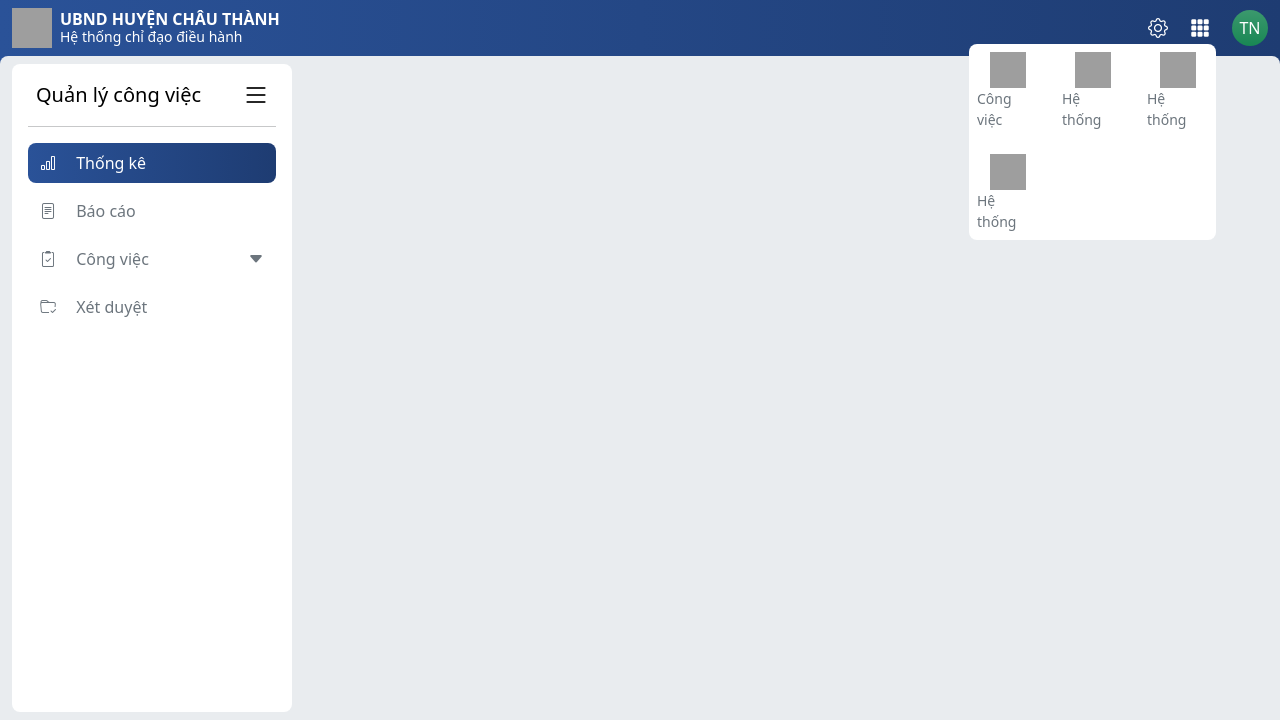
Repository: mys-pro/DATT-HeThongChiDaoDieuHanh
Page: index.html
The author's editor kept a copy of each file at every save. The page is drawn from the files as they stood at one save, then again after the next save.
The browser window is 1280 px wide. The pictures show the whole page.
Pictures or frames that could not be fetched are drawn as grey boxes.

Above is the page before, as saved 2024-04-21 15:14:03.

After the next save:
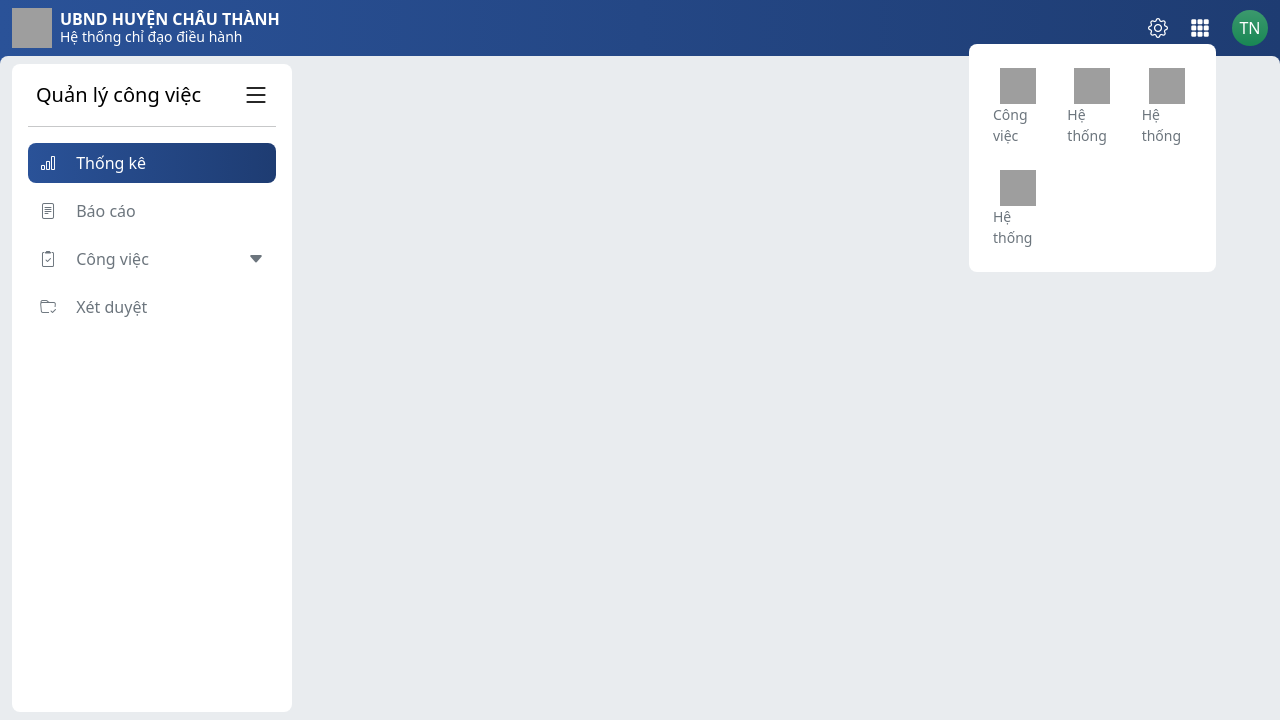
Saved 9 s later.
--- a/index.html
+++ b/index.html
@@ -38,7 +38,7 @@
                                 id="dropdown-apps">
                                 <i class="bi bi-grid-3x3-gap-fill fs-5"></i>
                             </button>
-                            <div class="list-apps bg-white rounded-3 position-absolute p-2">
+                            <div class="list-apps bg-white rounded-3 position-absolute p-4">
                                 <div class="row row-cols-3 g-4">
                                     <div class="col">
                                         <a href="#" class="text-decoration-none text-secondary d-flex flex-column align-items-center">

After the save that followed:
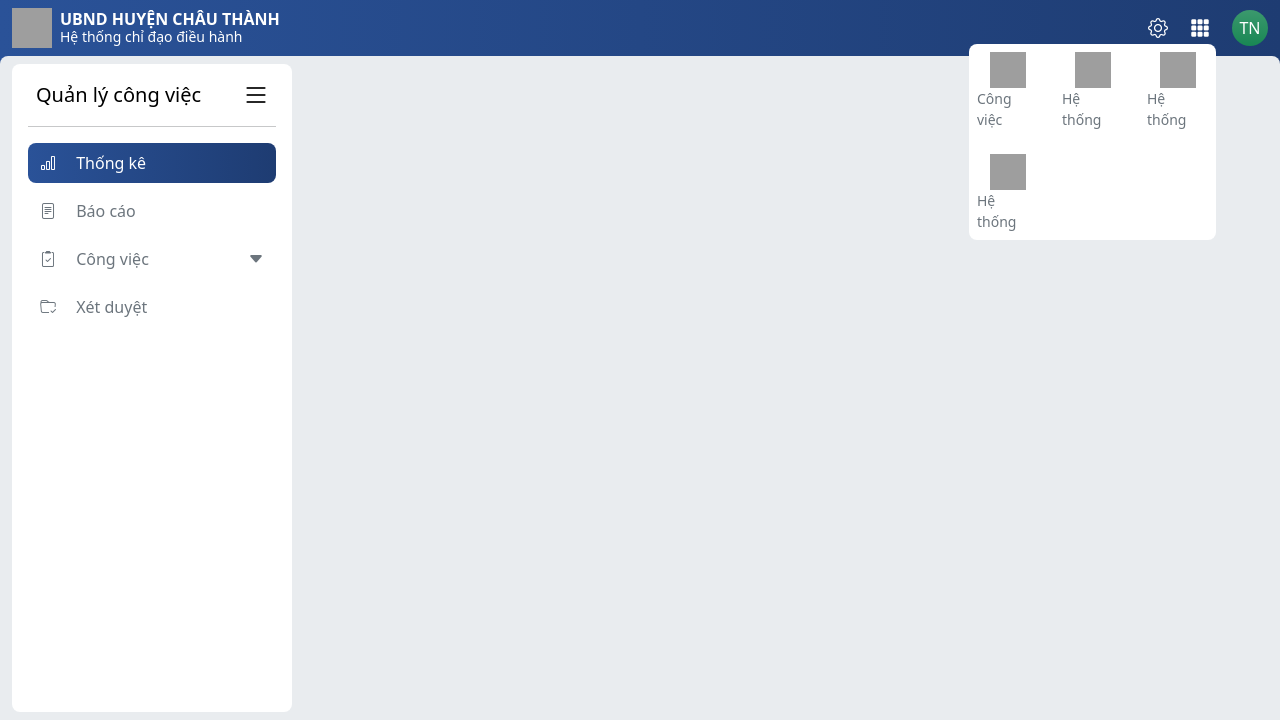
Saved 38 s later.
--- a/index.html
+++ b/index.html
@@ -38,7 +38,7 @@
                                 id="dropdown-apps">
                                 <i class="bi bi-grid-3x3-gap-fill fs-5"></i>
                             </button>
-                            <div class="list-apps bg-white rounded-3 position-absolute p-4">
+                            <div class="list-apps bg-white rounded-3 position-absolute p-2">
                                 <div class="row row-cols-3 g-4">
                                     <div class="col">
                                         <a href="#" class="text-decoration-none text-secondary d-flex flex-column align-items-center">
